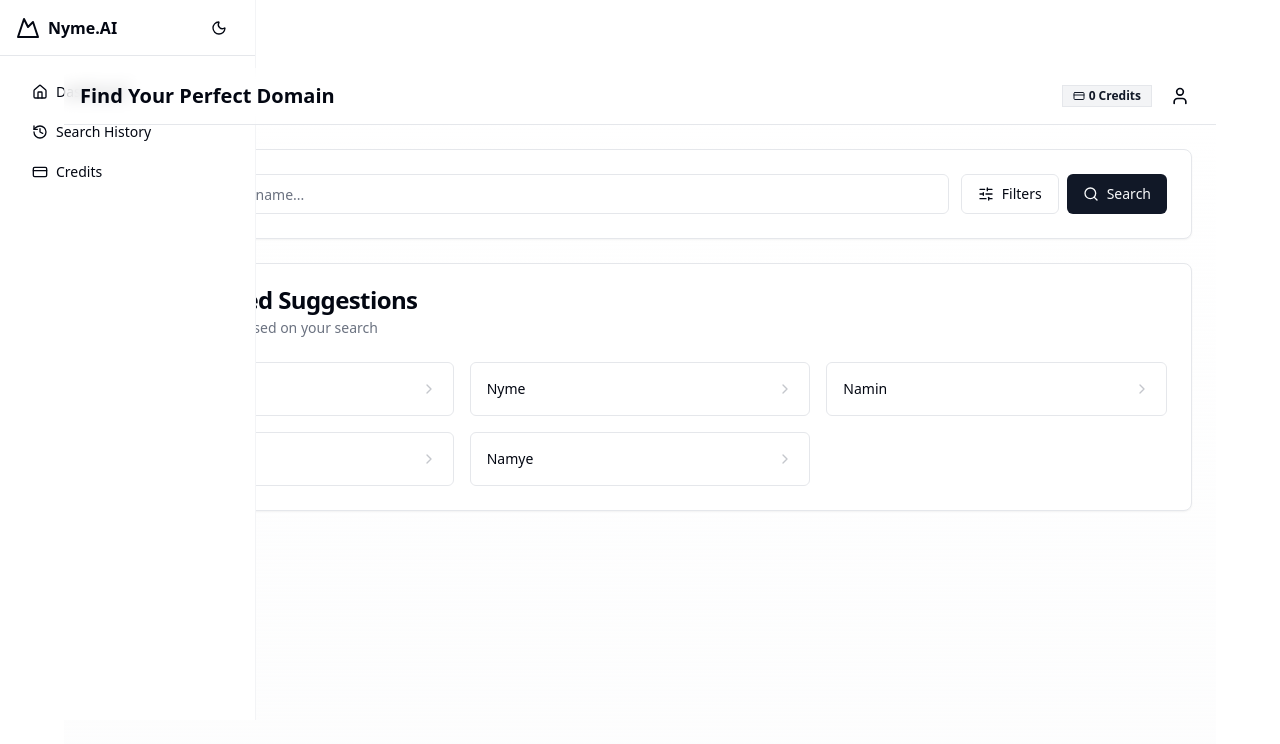
Repository: EliDorf/nyme
Page: /
An editor plug-in stored every save of this project. The page is shown before and after the next save, followed by the edit.
The browser window is 1280 px wide. The pictures show the whole page.
The page's requests for data from a server got no answer. An inner scrolling area shows only its first screen. The project was rebuilt for these pictures with package versions that can differ from the ones it lists, and the page was loaded fresh each time. Some packages were replaced by stand-ins written for this rebuild. The framework's server and built-in components were replaced by stand-ins that run in the browser. No one was signed in, and anything a server would have sent is missing. Also part of the build but not shown: next.config.mjs, lib/utils.ts, components/ui/tabs.tsx, components/ui/skeleton.tsx, components/ui/switch.tsx, components/ui/label.tsx, components/ui/alert-dialog.tsx, components/shared/InsufficientCreditsModal.tsx.

Above is the page before, as saved 2025-01-19 13:15:36.

After the next save:
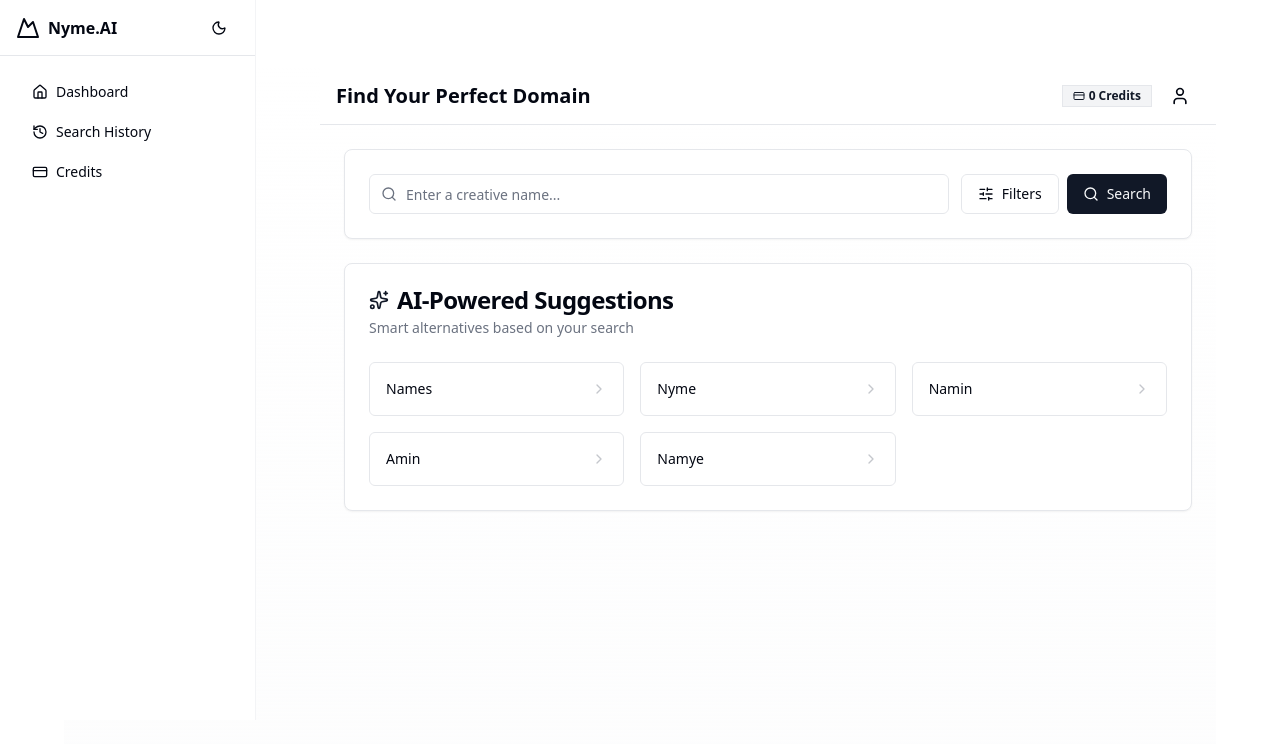
Saved 36 s later.
--- a/components/component/DomainFinder.tsx
+++ b/components/component/DomainFinder.tsx
@@ -195,56 +195,12 @@ export default function DomainFinder() {
     document.documentElement.classList.toggle('dark')
   }
 
-  const NavItems = () => (
-    <nav className="space-y-2">
-      <Button variant="ghost" className="w-full justify-start">
-        <Home className="mr-2 h-4 w-4" />
-        Dashboard
-      </Button>
-      <Button variant="ghost" className="w-full justify-start">
-        <History className="mr-2 h-4 w-4" />
-        Search History
-      </Button>
-      <Button variant="ghost" className="w-full justify-start">
-        <BookMarked className="mr-2 h-4 w-4" />
-        Saved Domains
-      </Button>
-      <Button variant="ghost" className="w-full justify-start">
-        <CreditCard className="mr-2 h-4 w-4" />
-        Credits
-      </Button>
-    </nav>
-  )
-
   return (
-    <div className={`flex min-h-screen flex-col bg-gradient-to-b from-background to-muted/20 ${isDarkMode ? 'dark' : ''}`}>
+    <div className={`flex min-h-screen flex-col bg-gradient-to-b from-background to-muted/20 md:pl-64 ${isDarkMode ? 'dark' : ''}`}>
       {/* Main Content */}
       <div className="flex-1">
         <header className="sticky top-0 z-10 border-b bg-background/95 backdrop-blur supports-[backdrop-filter]:bg-background/60">
           <div className="flex h-14 items-center gap-4 px-4">
-            {/* Mobile Menu */}
-            <Sheet open={isOpen} onOpenChange={setIsOpen}>
-              <SheetTrigger asChild>
-                <Button variant="ghost" size="icon" className="md:hidden">
-                  <Menu className="h-5 w-5" />
-                </Button>
-              </SheetTrigger>
-              <SheetContent side="left" className="w-64 p-0">
-                <SheetHeader className="border-b p-4">
-                  <SheetTitle>Domain Finder AI</SheetTitle>
-                </SheetHeader>
-                <div className="p-4">
-                  <NavItems />
-                </div>
-                <SheetFooter className="absolute bottom-0 w-full border-t p-4">
-                  <div className="flex items-center justify-between">
-                    <span className="text-sm">Dark Mode</span>
-                    <Switch checked={isDarkMode} onCheckedChange={toggleTheme} />
-                  </div>
-                </SheetFooter>
-              </SheetContent>
-            </Sheet>
-
             <h1 className="text-lg font-semibold md:text-xl">Find Your Perfect Domain</h1>
             <div className="ml-auto flex items-center gap-2">
               <TooltipProvider>
